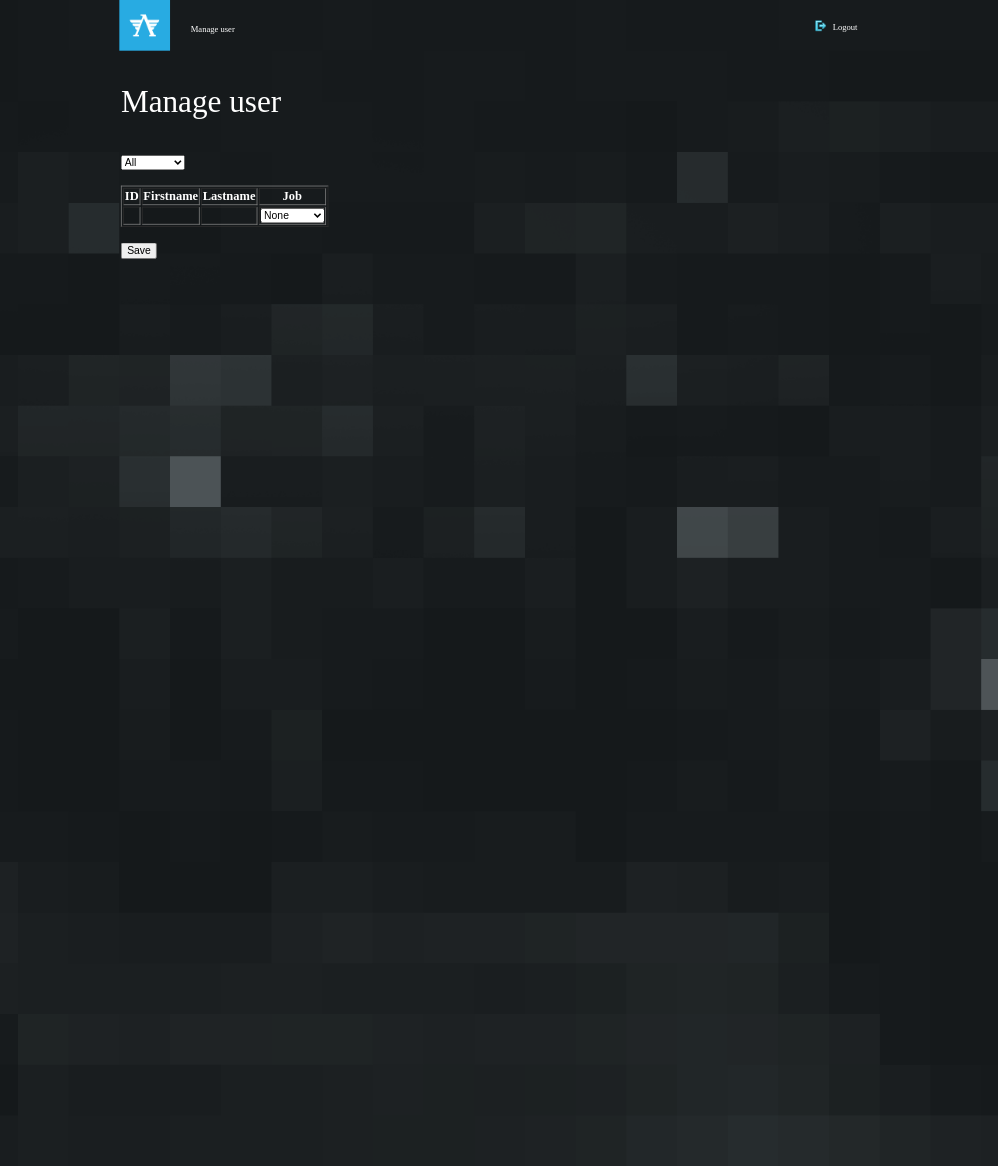
Repository: golfbadly/profile-spring-mvc
Page: http://localhost/Profile/WEB-INF/jsp/admin.jsp
These files come from the project's save history. The page is drawn as it stood at one moment and after the next save; the edit follows.
The browser window is 1280 px wide. The pictures show the whole page, at 78% of full size.
The page is served by Tomcat 9. Nobody is signed in. The template is opened directly, without the code that normally fills it, so the values that code supplies are empty.

Above is the page before, as saved 2014-09-26 07:43:02.

After the next save:
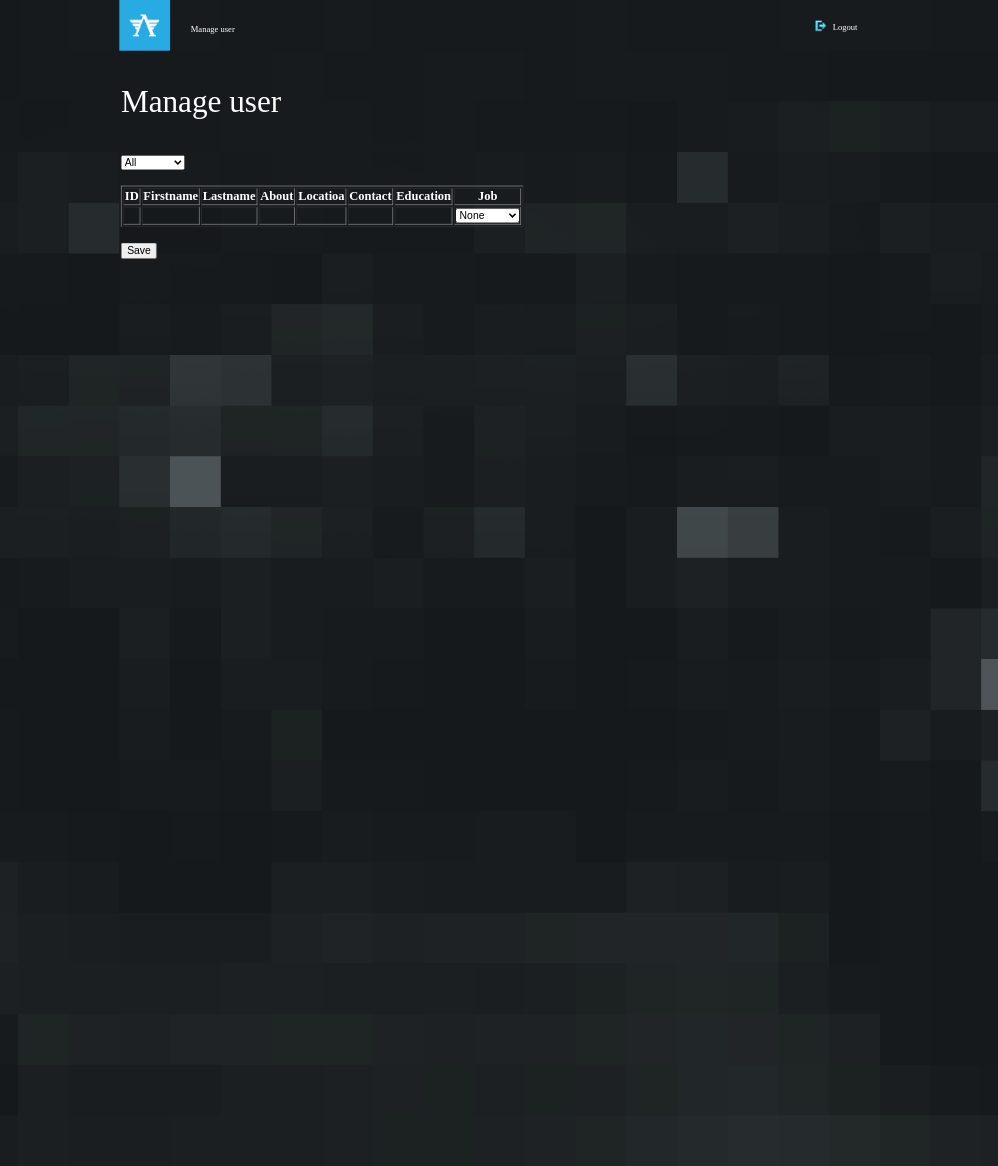
Saved 65 min 58 s later.
--- a/Profile/WebContent/WEB-INF/jsp/admin.jsp
+++ b/Profile/WebContent/WEB-INF/jsp/admin.jsp
@@ -27,9 +27,17 @@
 						<TH>ID</TH>
 						<TH>Firstname</TH>
 						<TH>Lastname</TH>
+						<TH>About</TH>
+						<TH>Locatioa</TH>
+						<TH>Contact</TH>
+						<TH>Education</TH>
 						<TH>Job</TH>
 					</TR>
 					<TR>
+						<TD></TD>
+						<TD></TD>
+						<TD></TD>
+						<TD></TD>
 						<TD></TD>
 						<TD></TD>
 						<TD></TD>
